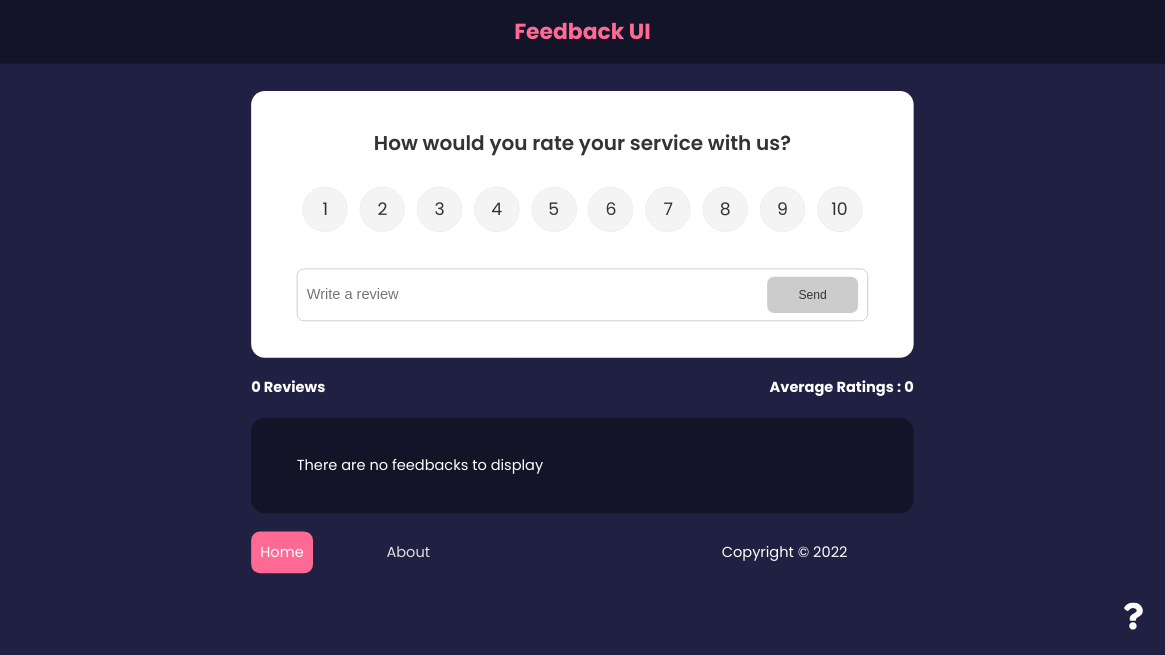
Repository: bayorwor/feedbackapp
Page: /
An editor plug-in stored every save of this project. The page is shown before and after the next save, followed by the edit.
The browser window is 1280 px wide. The pictures show the whole page, at 91% of full size.
The project was rebuilt for these pictures with package versions that can differ from the ones it lists, and the page was loaded fresh each time. Requests to the local data server were answered from the project's data file. Also part of the build but not shown: src/pages/AboutPage.jsx.

Above is the page before, as saved 2022-02-01 01:46:01.

After the next save:
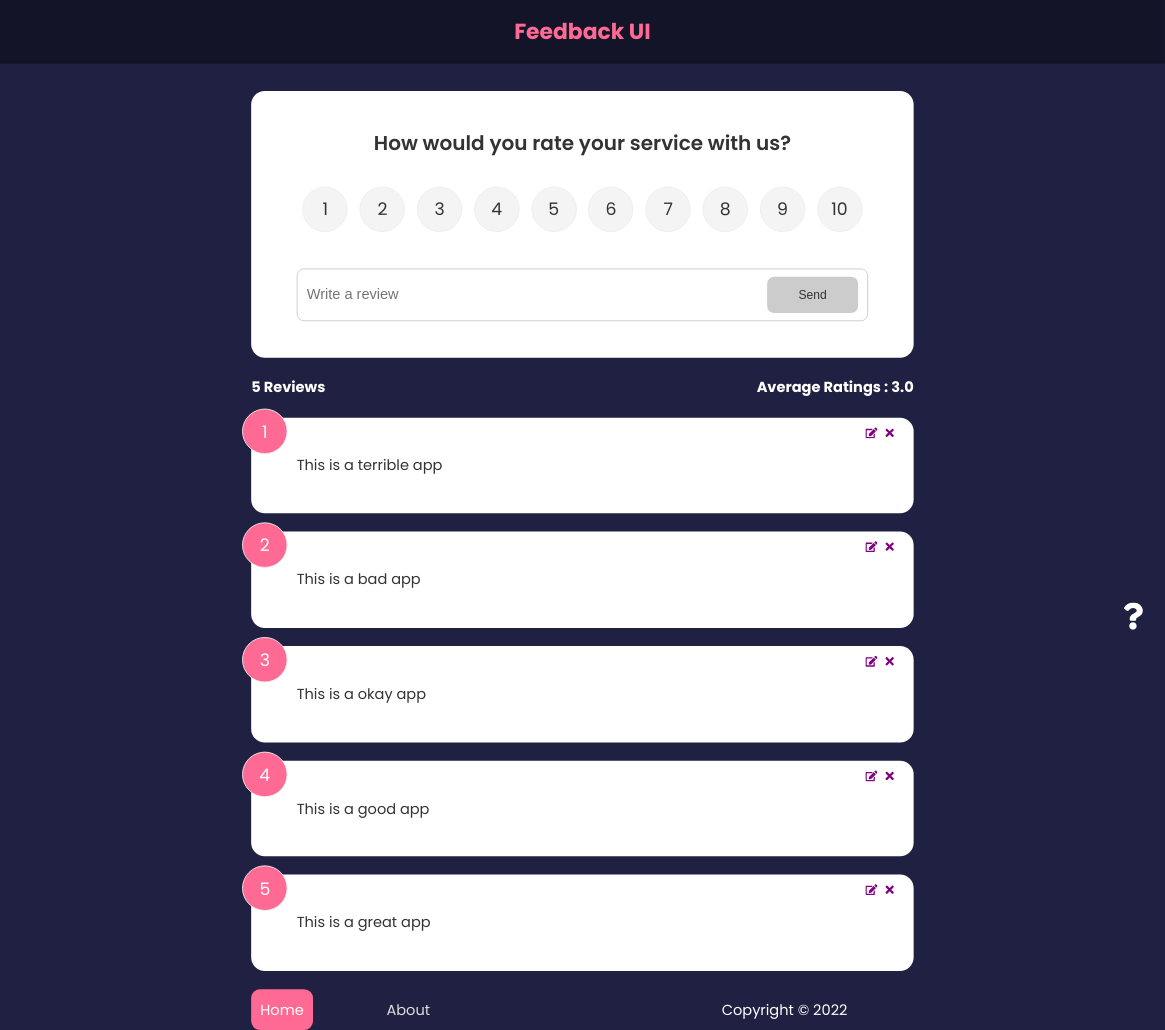
Saved 4 min 19 s later.
--- a/src/context/FeedbackContext.js
+++ b/src/context/FeedbackContext.js
@@ -1,4 +1,4 @@
-import { createContext, useState } from "react";
+import { createContext, useState, useEffect } from "react";
 import { v4 as uuidV4 } from "uuid";
 
 const FeedbackContext = createContext();
@@ -10,6 +10,19 @@ export const FeedbackProvider = ({ children }) => {
     item: {},
     edit: false,
   });
+
+  useEffect(() => {
+    getFeedback();
+  }, []);
+
+  //fetches all feedbacks from the database
+  const getFeedback = async () => {
+    const res = await fetch(
+      `http://localhost:5000/feedback?_sort=id&_order=desc`
+    );
+    const data = await res.json();
+    setFeedback(data);
+  };
 
   //deleting a feedback item
   const deleteFeedback = (id) => {
